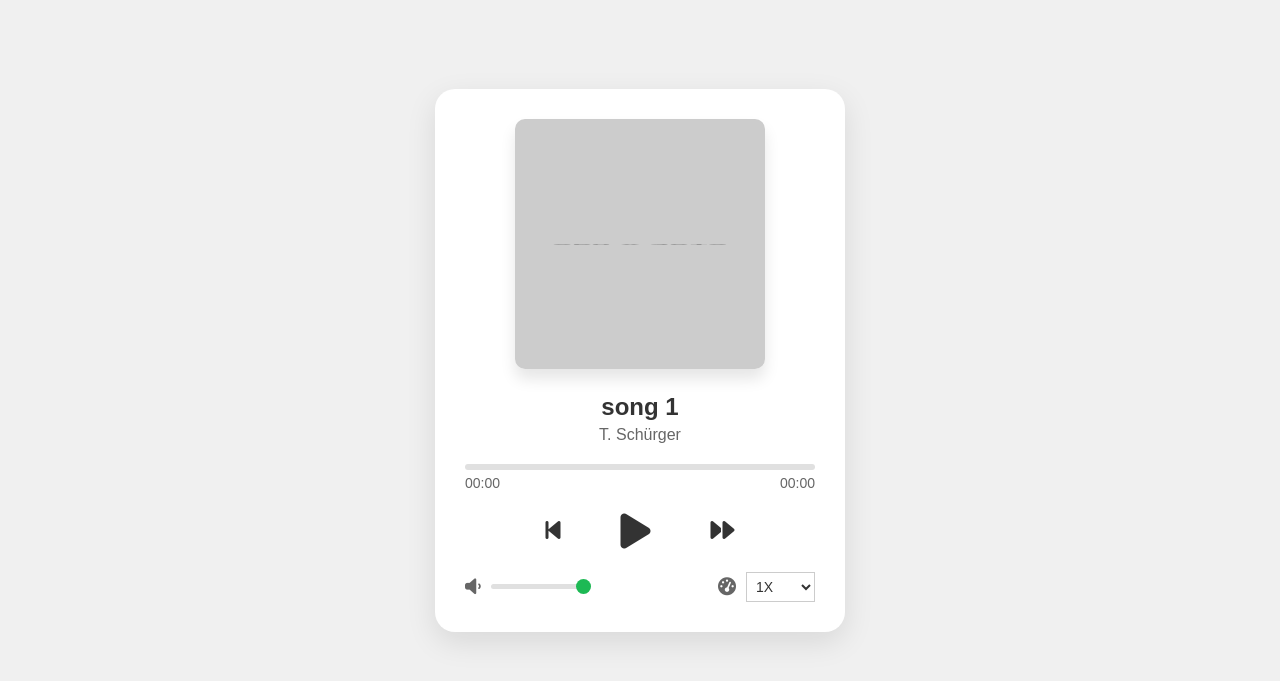
Repository: Abdulahi338/mp3-player-using-js
Page: AudioPlayer/index.html
An editor plug-in stored every save of this project. The page is shown before and after the next save, followed by the edit.
The browser window is 1280 px wide. The pictures show the whole page.

Above is the page before, as saved 2025-02-08 17:21:55.

After the next save:
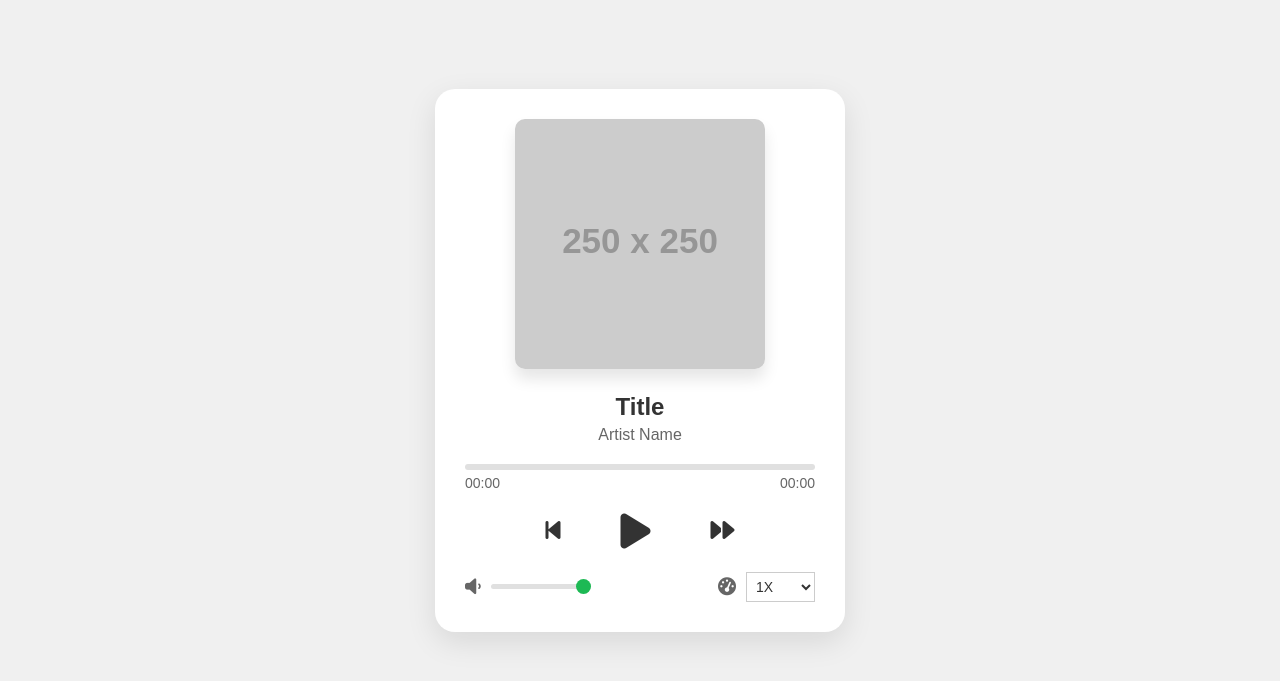
Console error: SyntaxError: Unexpected token '}'
Saved 2 s later.
--- a/AudioPlayer/mian.js
+++ b/AudioPlayer/mian.js
@@ -85,7 +85,7 @@
 
 
     const {duration , currentTime} =e.srcElement;
-    con
+    const
 }
 
 // events

After the 3 saves that followed:
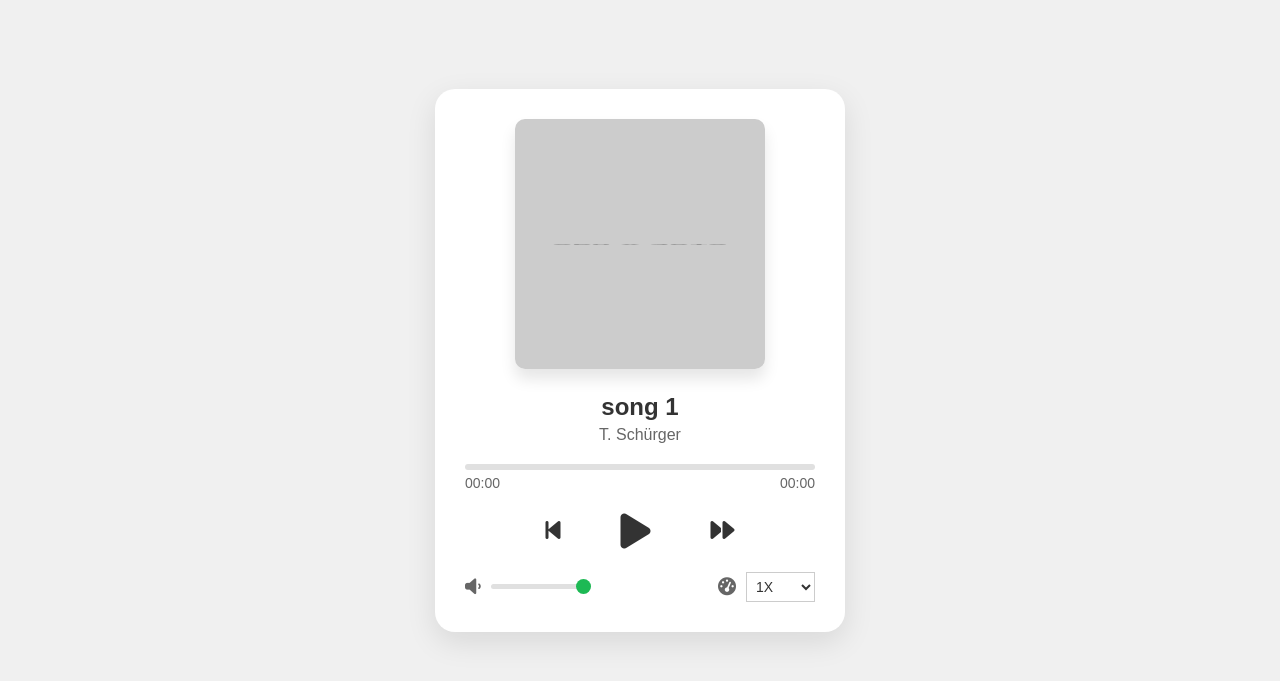
The error is gone.
The 3 saves are shown as one change because 2 left the picture as it was.
The last was saved 51 s later.
--- a/AudioPlayer/mian.js
+++ b/AudioPlayer/mian.js
@@ -85,7 +85,7 @@
 
 
     const {duration , currentTime} =e.srcElement;
-    const
+    const progrssPercentage =(currentTime)
 }
 
 // events
